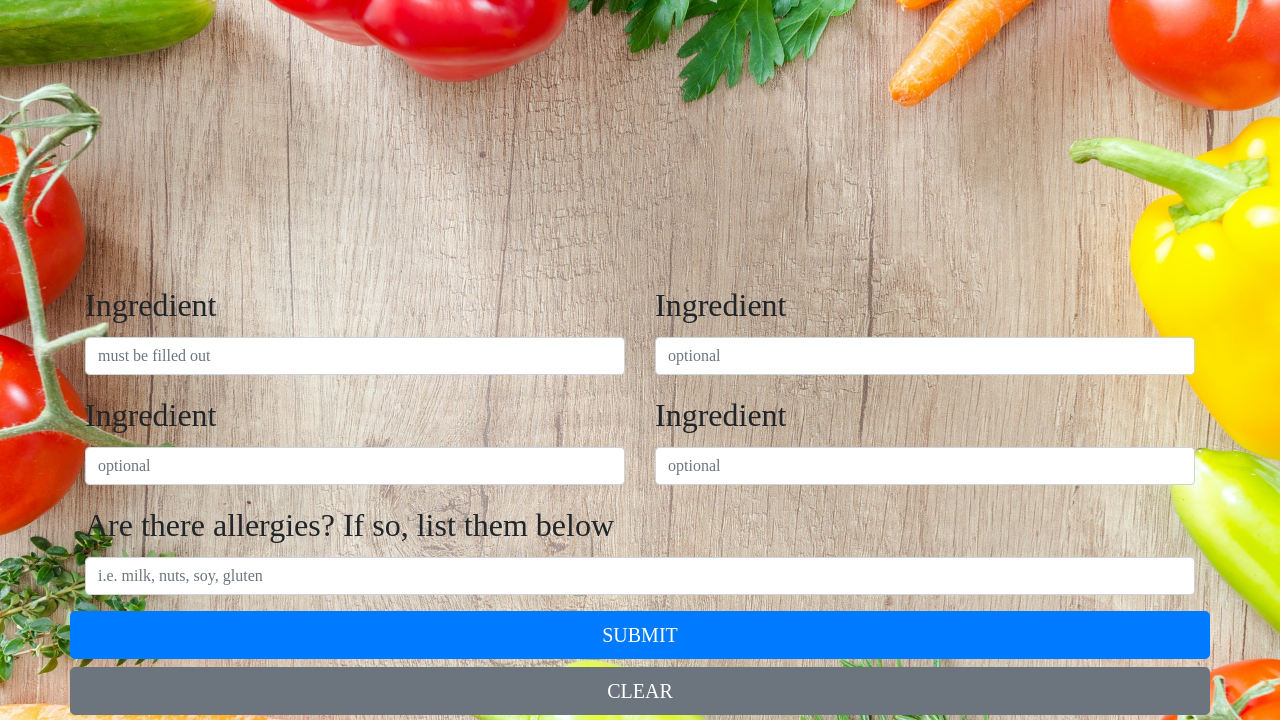
Repository: ogipajic/Recipe_API
Page: index.html
These files come from the project's save history. The page is drawn as it stood at one moment and after the next save; the edit follows.
The browser window is 1280 px wide. The pictures show the whole page.
Some web fonts or font styles are not loaded; a fallback is used.

Above is the page before, as saved 2020-07-06 15:03:56.
Not found: script.js

After the next save:
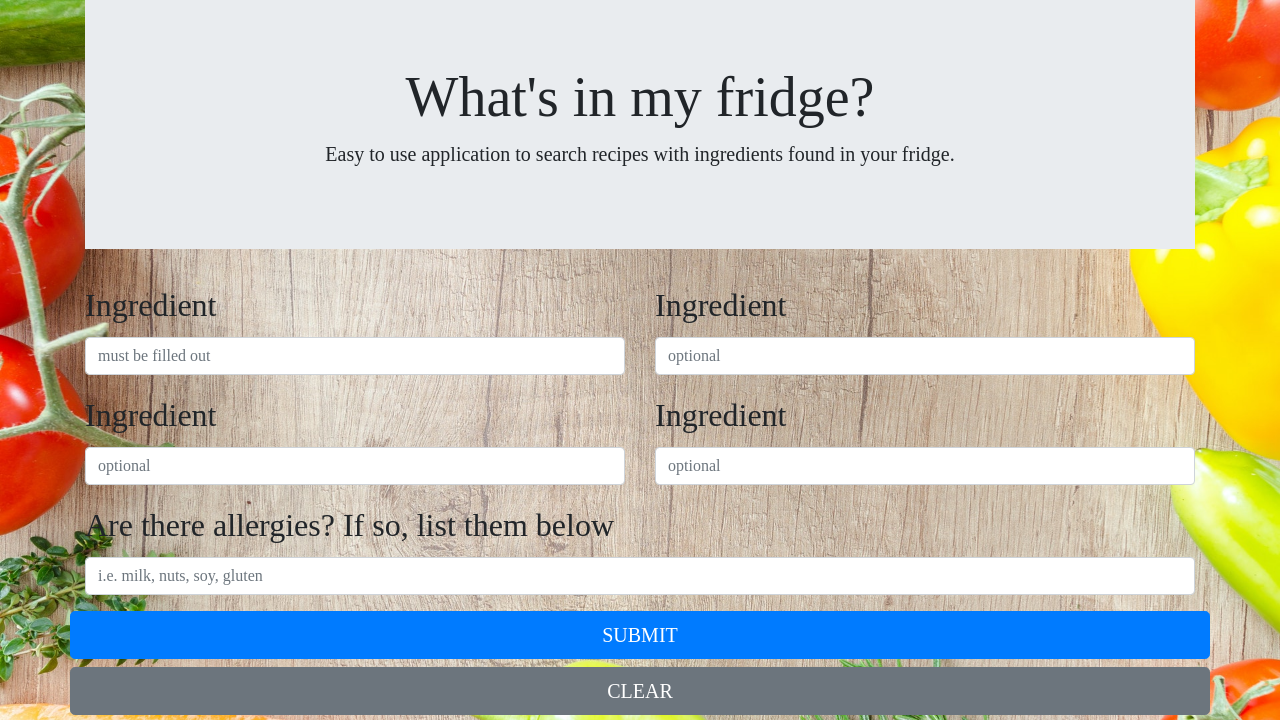
Saved 15 s later.
--- a/stylesheet.css
+++ b/stylesheet.css
@@ -13,10 +13,5 @@ body {
 .jumbotron {
     text-align: center;
     font-family: 'Annie Use Your Telescope', cursive;
-    opacity: 0;
+
 }
-
-.h1 {
-    text-align: center;
-    margin-top: 10rem;
-}
